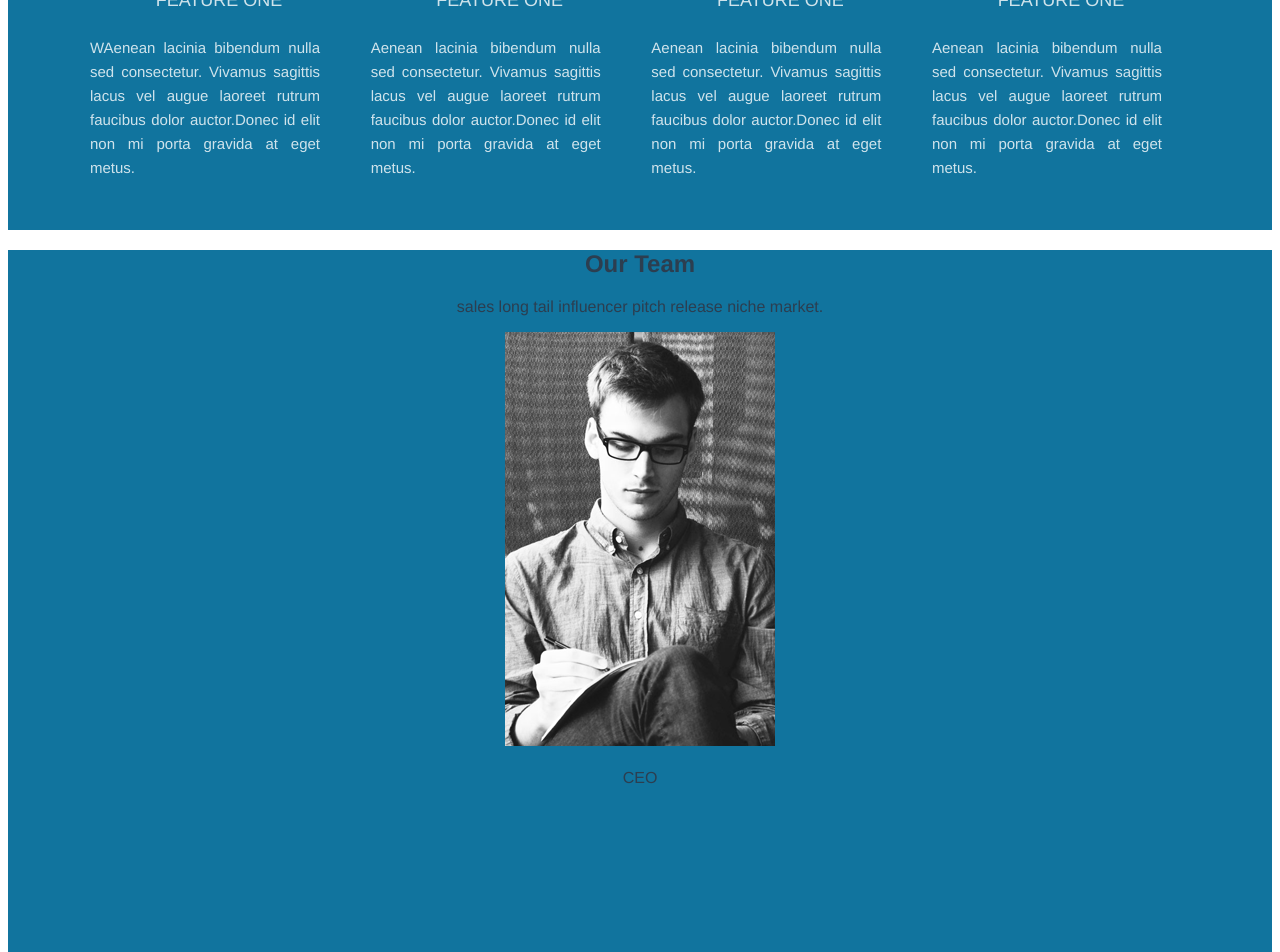
Repository: joker506/Creatives
Page: /
An editor plug-in stored every save of this project. The page is shown before and after the next save, followed by the edit.
The browser window is 1280 px wide. The pictures show the part of the page from y = 1347 to 2299 px (the page is 2494 px tall).
The project was rebuilt for these pictures with package versions that can differ from the ones it lists, and the page was loaded fresh each time.

Above is the page before, as saved 2020-04-01 21:11:56.

After the next save:
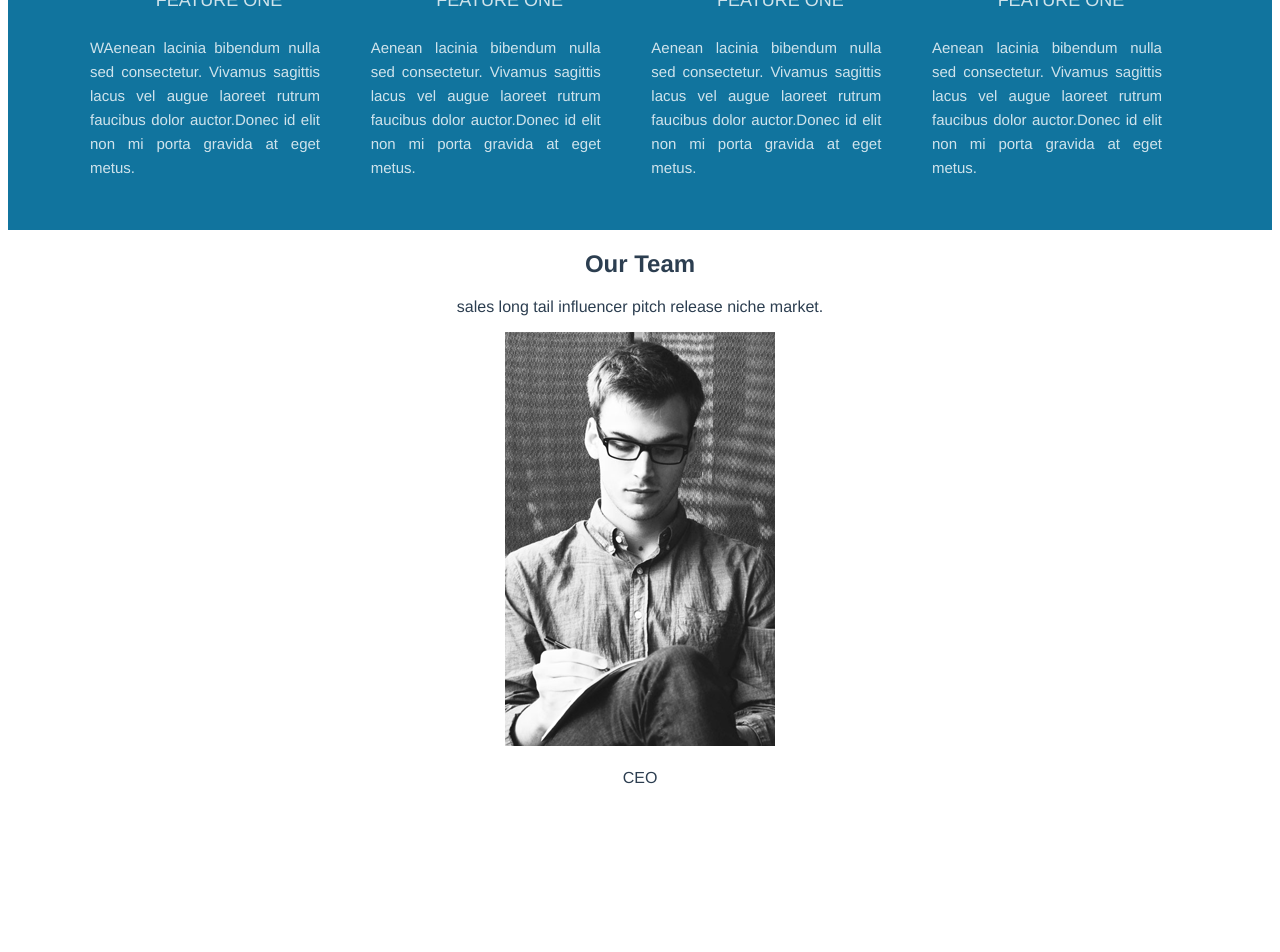
Saved 19 s later.
--- a/src/components/TeamApp.vue
+++ b/src/components/TeamApp.vue
@@ -27,7 +27,7 @@ export default {
     padding: 0;
     max-width: 1600px;
 height: 738px;
-background-color: #11749e;
+background-color: #ffffff;
 }
 
 </style>
